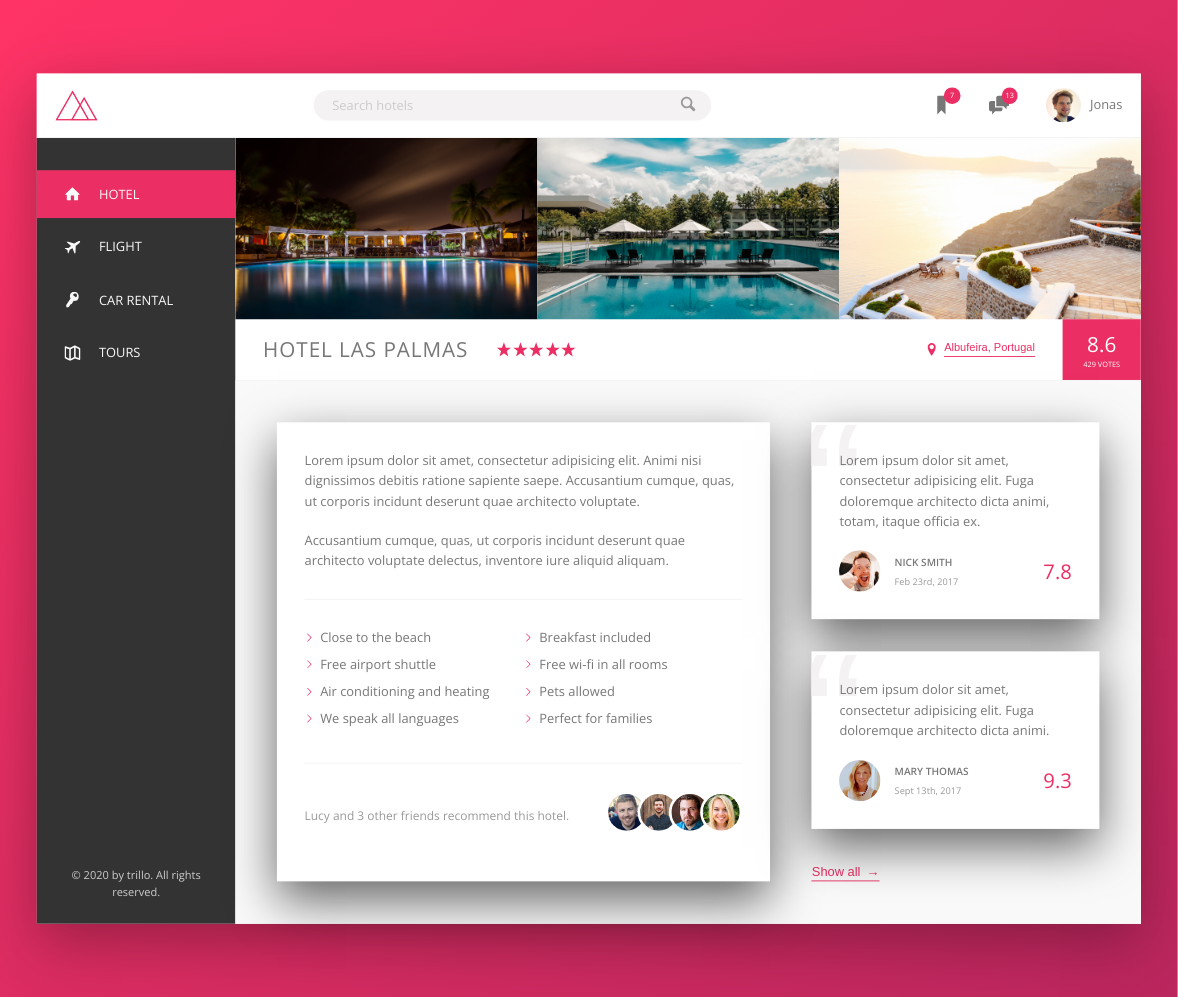
Repository: Lithium87/Trillo
Page: index.html
The author's editor kept a copy of each file at every save. The page is drawn from the files as they stood at one save, then again after the next save.
The browser window is 1280 px wide. The pictures show the whole page, at 92% of full size.
The style sheet was rebuilt from its Sass, Less or Tailwind sources for each picture, by a compiler version that may differ from the author's.

Above is the page before, as saved 2020-05-17 02:09:15.

### index.html
<!DOCTYPE html>
<html lang="en">

<head>
    <meta charset="UTF-8">
    <meta name="viewport" content="width=device-width, initial-scale=1.0">

    <link href="https://fonts.googleapis.com/css?family=Open+Sans:300,400,600" rel="stylesheet">
    <link rel="stylesheet" href="css/style.css">
    <link rel="shortcut icon" type="image/png" href="img/favicon.png">

    <title>trillo &mdash; Your all-in-one booking app</title>
</head>

<body>
    <div class="container">
        <header class="header">
            <img src="img/logo.png" alt="Trillo logo" class="logo">
            <form action="#" class="search">
                <input type="text" class="search__input" placeholder="Search hotels">
                <button class="search__button">
                    <svg class="search__icon">
                        <use xlink:href="img/sprite.svg#icon-magnifying-glass"></use>
                    </svg>
                </button>
            </form>

            <nav class="user-nav">
                <div class="user-nav__icon-box">
                    <svg class="user-nav__icon">
                        <use xlink:href="img/sprite.svg#icon-bookmark"></use>
                    </svg>
                    <span class="user-nav__notification">7</span>
                </div>
                <div class="user-nav__icon-box">
                    <svg class="user-nav__icon">
                        <use xlink:href="img/sprite.svg#icon-chat"></use>
                    </svg>
                    <span class="user-nav__notification">13</span>
                </div>
                <div class="user-nav__user">
                    <img src="img/user.jpg" alt="User photo" class="user-nav__user-photo">
                    <span class="user-nav__user-name">Jonas</span>
                </div>
            </nav>
        </header>
        <div class="content">
            <nav class="sidebar">
                <ul class="side-nav">
                    <li class="side-nav__item side-nav__item--active">
                        <a href="#" class="side-nav__link">
                            <svg class="side-nav__icon">
                                <use xlink:href="img/stripe.svg#icon-home"></use>
                            </svg>
                            <span>Hotel</span>
                        </a>
                    </li>
                    <li class="side-nav__item">
                        <a href="#" class="side-nav__link">
                            <svg class="side-nav__icon">
                                <use xlink:href="img/stripe.svg#icon-aircraft"></use>
                            </svg>
                            <span>Flight</span>
                        </a>
                    </li>
                    <li class="side-nav__item">
                        <a href="#" class="side-nav__link">
                            <svg class="side-nav__icon">
                                <use xlink:href="img/stripe.svg#icon-key"></use>
                            </svg>
                            <span>Car rental</span>
                        </a>
                    </li>
                    <li class="side-nav__item">
                        <a href="#" class="side-nav__link">
                            <svg class="side-nav__icon">
                                <use xlink:href="img/stripe.svg#icon-map"></use>
                            </svg>
                            <span>Tours</span>
                        </a>
                    </li>
                </ul>
                <div class="legal">
                    &copy; 2020 by trillo. All rights reserved.
                </div>
            </nav>
            <main class="hotel-view">
                <div class="gallery">
                    <figure class="gallery__item">
                        <img src="img/hotel-1.jpg" alt="Photo of hotel 1" class="gallery__photo">
                    </figure>
                    <figure class="gallery__item">
                        <img src="img/hotel-2.jpg" alt="Photo of hotel 2" class="gallery__photo">
                    </figure>
                    <figure class="gallery__item">
                        <img src="img/hotel-3.jpg" alt="Photo of hotel 3" class="gallery__photo">
                    </figure>
                </div>
                <div class="overview">
                    <h1 class="overview__heading">Hotel Las Palmas</h1>
                    <div class="overview__stars">
                        <svg class="overview__icon-star">
                            <use xlink:href="img/stripe.svg#icon-star"></use>
                        </svg>
                        <svg class="overview__icon-star">
                            <use xlink:href="img/stripe.svg#icon-star"></use>
                        </svg>
                        <svg class="overview__icon-star">
                            <use xlink:href="img/stripe.svg#icon-star"></use>
                        </svg>
                        <svg class="overview__icon-star">
                            <use xlink:href="img/stripe.svg#icon-star"></use>
                        </svg>
                        <svg class="overview__icon-star">
                            <use xlink:href="img/stripe.svg#icon-star"></use>
                        </svg>
                    </div>
                    <div class="overview__location">
                        <svg class="overview__icon-location">
                            <use xlink:href="img/stripe.svg#icon-location-pin"></use>
                        </svg>
                        <button class="btn-inline">Albufeira, Portugal</button>
                    </div>
                    <div class="overview__rating">
                        <div class="overview__rating-average">8.6</div>
                        <div class="overview__rating-count">429 votes</div>
                    </div>
                </div>
                <div class="detail">
                    <div class="description">
                        <p class="paragraph">
                            Lorem ipsum dolor sit amet, consectetur adipisicing elit. Animi nisi dignissimos debitis ratione sapiente saepe. Accusantium cumque, quas, ut corporis incidunt deserunt quae architecto voluptate.
                        </p>
                        <p class="paragraph">
                            Accusantium cumque, quas, ut corporis incidunt deserunt quae architecto voluptate delectus, inventore iure aliquid aliquam.
                        </p>
                        <ul class="list">
                            <li class="list__item">Close to the beach</li>
                            <li class="list__item">Breakfast included</li>
                            <li class="list__item">Free airport shuttle</li>
                            <li class="list__item">Free wi-fi in all rooms</li>
                            <li class="list__item">Air conditioning and heating</li>
                            <li class="list__item">Pets allowed</li>
                            <li class="list__item">We speak all languages</li>
                            <li class="list__item">Perfect for families</li>
                        </ul>
                        <div class="recommend">
                            <p class="recommend__count">
                                Lucy and 3 other friends recommend this hotel.
                            </p>
                            <div class="recommend__friends">
                                <img src="img/user-3.jpg" alt="Friend 1" class="recommend__photo">
                                <img src="img/user-4.jpg" alt="Friend 2" class="recommend__photo">
                                <img src="img/user-5.jpg" alt="Friend 3" class="recommend__photo">
                                <img src="img/user-6.jpg" alt="Friend 4" class="recommend__photo">
                            </div>
                        </div>
                    </div>
                    <div class="user-reviews">
                        <figure class="review">
                            <blockquote class="review__text">
                                Lorem ipsum dolor sit amet, consectetur adipisicing elit. Fuga doloremque architecto dicta animi, totam, itaque officia ex.
                            </blockquote>
                            <figcaption class="review__user">
                                <img src="img/user-1.jpg" alt="User 1" class="review__photo">
                                <div class="review__user-box">
                                    <p class="review__user-name">Nick Smith</p>
                                    <p class="review__user-date">Feb 23rd, 2017</p>
                                </div>
                                <div class="review__rating">7.8</div>
                            </figcaption>
                        </figure>
                        <figure class="review">
                            <blockquote class="review__text">
                                Lorem ipsum dolor sit amet, consectetur adipisicing elit. Fuga doloremque architecto dicta animi.
                            </blockquote>
                            <figcaption class="review__user">
                                <img src="img/user-2.jpg" alt="User 2" class="review__photo">
                                <div class="review__user-box">
                                    <p class="review__user-name">Mary Thomas</p>
                                    <p class="review__user-date">Sept 13th, 2017</p>
                                </div>
                                <div class="review__rating">9.3</div>
                            </figcaption>
                        </figure>
                        <button class="btn-inline">Show all <span>&rarr;</span></button>
                    </div>
                </div>
            </main>
        </div>
    </div>
</body>

</html>

### sass/_base.scss
:root {
    --color-primary: #eb2f64;
    --color-primary-light: #FF3366;
    --color-primary-dark: #BA265D;
    --color-grey-light-1: #faf9f9;
    --color-grey-light-2: #f4f2f2;
    --color-grey-light-3: #f0eeee;
    --color-grey-light-4: #ccc;
    --color-grey-dark-1: #333;
    --color-grey-dark-2: #777;
    --color-grey-dark-3: #999;
    --shadow-dark: 0 2rem 6rem rgba(0, 0, 0, .3);
    --shadow-light: 0 2rem 5rem rgba(0, 0, 0, .6);
    --line: 1px solid var(--color-grey-light-2);
}

* {
    margin: 0;
    padding: 0;
}

*,
*::before,
*::after {
    box-sizing: inherit;
}

html {
    box-sizing: border-box;
    font-size: 62.5%; // 1rem = 10px
}

body {
    font-family: 'Open Sans', sans-serif;
    font-weight: 400;
    line-height: 1.6;
    color: var(--color-grey-dark-2);
    background-image: linear-gradient(to right bottom, var(--color-primary-light), var(--color-primary-dark));
    background-size: cover;
    background-repeat: no-repeat;
    min-height: 100vh;
}

### sass/_layout.scss
.container {
    max-width: 120rem;
    margin: 8rem auto;
    background-color: var(--color-grey-light-1);
    box-shadow: var(--shadow-dark);
    min-height: 50rem;
}

.header {
    font-size: 1.4rem;
    height: 7rem;
    background-color: #fff;
    border-bottom: var(--line);
    display: flex;
    justify-content: space-between;
    align-items: center;
}

.content {
    display: flex;
}

.sidebar {
    background-color: var(--color-grey-dark-1);
    flex: 0 0 18%;
    display: flex;
    flex-direction: column;
    justify-content: space-between;
}

.hotel-view {
    background-color: #fff;
    flex: 1;
}

.detail {
    font-size: 1.4rem;
    display: flex;
    padding: 4.5rem;
    background-color: var(--color-grey-light-1);
    border-bottom: var(--line);
}

.description {
    background-color: #fff;
    box-shadow: var(--shadow-light);
    padding: 3rem;
    flex: 0 0 60%;
    margin-right: 4.5rem;
}

.user-reviews {
    flex: 1;
}

### sass/_components.scss
///////////////////////
//LOGO
.logo {
    height: 3.25rem;
    margin-left: 2rem;
}

///////////////////////
//SEARCH BOX
.search {
    flex: 0 0 40%;
    display: flex;
    align-items: center;
    justify-content: center;
    &__input {
        font-family: inherit;
        font-size: inherit;
        color: inherit;
        background-color: var(--color-grey-light-2);
        border: none;
        padding: .7rem 2rem;
        border-radius: 100px;
        width: 90%;
        transition: all .2s;
        margin-right: -3.5rem;
        &:focus {
            outline: none;
            width: 100%;
            background-color: var(--color-grey-light-3);
        }
        &::-webkit-input-placeholder {
            font-weight: 100;
            color: var(--color-grey-light-4);
        }
    }
    &__input:focus+&__button {
        background-color: var(--color-grey-light-3);
    }
    &__button {
        border: none;
        background-color: var(--color-grey-light-2);
        &:focus {
            outline: none;
        }
        &:active {
            transform: translateY(2px);
        }
    }
    &__icon {
        height: 2rem;
        width: 2rem;
        fill: var(--color-grey-dark-3);
    }
}

///////////////////////
//USER NAVIGATION
.user-nav {
    align-self: stretch;
    display: flex;
    align-items: center;
    &>* {
        padding: 0 2rem;
        cursor: pointer;
        height: 100%;
        display: flex;
        align-items: center;
    }
    &>*:hover {
        background-color: var(--color-grey-light-2);
    }
    &__icon-box {
        position: relative;
    }
    &__icon {
        height: 2.25rem;
        width: 2.25rem;
        fill: var(--color-grey-dark-2);
    }
    &__notification {
        font-size: .8rem;
        height: 1.75rem;
        width: 1.75rem;
        border-radius: 50%;
        background-color: var(--color-primary);
        color: #fff;
        position: absolute;
        top: 1.5rem;
        right: 1.1rem;
        display: flex;
        justify-content: center;
        align-items: center;
    }
    &__user-photo {
        height: 3.75rem;
        border-radius: 50%;
        margin-right: 1rem;
    }
}

///////////////////////
//SIDE NAVIGATION
.side-nav {
    font-size: 1.4rem;
    list-style: none;
    margin-top: 3.5rem;
    &__item {
        position: relative;
        &:not(:last-child) {
            margin-bottom: .5rem;
        }
    }
    &__item::before {
        content: "";
        position: absolute;
        top: 0;
        left: 0;
        height: 100%;
        width: 3px;
        background-color: var(--color-primary);
        transform: scaleY(0);
        transition: transform .2s, width .4s cubic-bezier(1, 0, 0, 1) .2s, background-color .1s;
    }
    &__item:hover::before,
    &__item--active::before {
        transform: scaleY(1);
        width: 100%;
    }
    &__item:active::before {
        background-color: var(--color-primary-light);
    }
    &__link:link,
    &__link:visited {
        color: var(--color-grey-light-1);
        text-decoration: none;
        text-transform: uppercase;
        display: block;
        padding: 1.5rem 3rem;
        position: relative;
        z-index: 10;
        display: flex;
        align-items: center;
    }
    &__icon {
        width: 1.75rem;
        height: 1.75rem;
        margin-right: 2rem;
        fill: currentColor;
    }
}

///////////////////////
//LEGAL TEXT
.legal {
    font-size: 1.2rem;
    color: var(--color-grey-light-4);
    text-align: center;
    padding: 2.5rem;
}

///////////////////////
//GALLERY
.gallery {
    display: flex;
    &__photo {
        width: 100%;
        display: block;
    }
}

///////////////////////
//HOTEL OVERVIEW
.overview {
    display: flex;
    align-items: center;
    border-bottom: var(--line);
    &__heading {
        font-size: 2.25rem;
        font-weight: 300;
        text-transform: uppercase;
        letter-spacing: 1px;
        padding: 1.5rem 3rem;
    }
    &__stars {
        margin-right: auto;
        display: flex;
    }
    &__icon-star,
    &__icon-location {
        width: 1.75rem;
        height: 1.75rem;
        fill: var(--color-primary);
    }
    &__location {
        font-size: 1.2rem;
        display: flex;
        align-items: center;
    }
    &__icon-location {
        margin-right: .5rem;
    }
    &__rating {
        background-color: var(--color-primary);
        color: #fff;
        margin-left: 3rem;
        padding: 0 2.25rem;
        align-self: stretch;
        display: flex;
        flex-direction: column;
        align-items: center;
        justify-content: center;
    }
    &__rating-average {
        font-size: 2.25rem;
        font-weight: 300;
        margin-bottom: -3px;
    }
    &__rating-count {
        font-size: .8rem;
        text-transform: uppercase;
    }
}

///////////////////////
//BUTTON INLINE
.btn-inline {
    border: none;
    color: var(--color-primary);
    font-size: inherit;
    border-bottom: 1px solid currentColor;
    padding-bottom: 2px;
    display: inline-block;
    background-color: transparent;
    cursor: pointer;
    transition: all .2s;
    span {
        margin-left: 3px;
        transition: margin-left .2s;
    }
    &:hover {
        color: var(--color-grey-dark-1);
        span {
            margin-left: 8px;
        }
    }
    &:focus {
        outline: none;
        animation: pulsate 1s infinite;
    }
}

@keyframes pulsate {
    0% {
        transform: scale(1);
        box-shadow: none;
    }
    50% {
        transform: scale(1.05);
        box-shadow: 0 1rem 4rem rgba(0, 0, 0, .25);
    }
    100% {
        transform: scale(1);
        box-shadow: none;
    }
}

///////////////////////
//PARAGRAPH
.paragraph:not(:last-of-type) {
    margin-bottom: 2rem;
}

///////////////////////
//LIST
.list {
    list-style: none;
    margin: 3rem 0;
    padding: 3rem 0;
    border-top: var(--line);
    border-bottom: var(--line);
    display: flex;
    flex-wrap: wrap;
    &__item {
        flex: 0 0 50%;
        margin-bottom: .7rem;
    }
    &__item::before {
        content: "";
        display: inline-block;
        height: 1rem;
        width: 1rem;
        margin-right: .7rem;
        //Older browsers
        //background-image: url(../img/chevron-thin-right.svg);
        //background-size: cover;
        //Newer browsers - masks
        background-color: var(--color-primary);
        -webkit-mask-image: url(../img/chevron-thin-right.svg);
        -webkit-mask-size: cover;
        mask-image: url(../img/chevron-thin-right.svg);
        mask-size: cover;
    }
}

///////////////////////
//RECOMMEND
.recommend {
    font-size: 1.3rem;
    color: var(--color-grey-dark-3);
    display: flex;
    align-items: center;
    &__count {
        margin-right: auto;
    }
    &__photo {
        box-sizing: content-box;
        height: 4rem;
        width: 4rem;
        border-radius: 50%;
        border: 3px solid #fff;
        &:not(:last-child) {
            margin-right: -1.5rem;
        }
    }
}

///////////////////////
//REVIEWS
.review {
    background-color: #fff;
    box-shadow: var(--shadow-light);
    padding: 3rem;
    margin-bottom: 3.5rem;
    position: relative;
    overflow: hidden;
    &__text {
        margin-bottom: 2rem;
        z-index: 10;
        position: relative;
    }
    &__user {
        display: flex;
        align-items: center;
    }
    &__photo {
        height: 4.5rem;
        width: 4.5rem;
        border-radius: 50%;
        margin-right: 1.5rem;
    }
    &__user-box {
        margin-right: auto;
    }
    &__user-name {
        font-size: 1.1rem;
        font-weight: 600;
        text-transform: uppercase;
        margin-bottom: .4rem;
    }
    &__user-date {
        font-size: 1rem;
        color: var(--color-grey-dark-3);
    }
    &__rating {
        color: var(--color-primary);
        font-size: 2.2rem;
        font-weight: 300;
    }
    &::before {
        content: "\201C";
        position: absolute;
        top: -2.75rem;
        left: -1rem;
        line-height: 1;
        font-size: 20rem;
        color: var(--color-grey-light-2);
        font-family: sans-serif;
        z-index: 1;
    }
}

Loaded but not shown: sass/main.scss (common file)

After the next save:
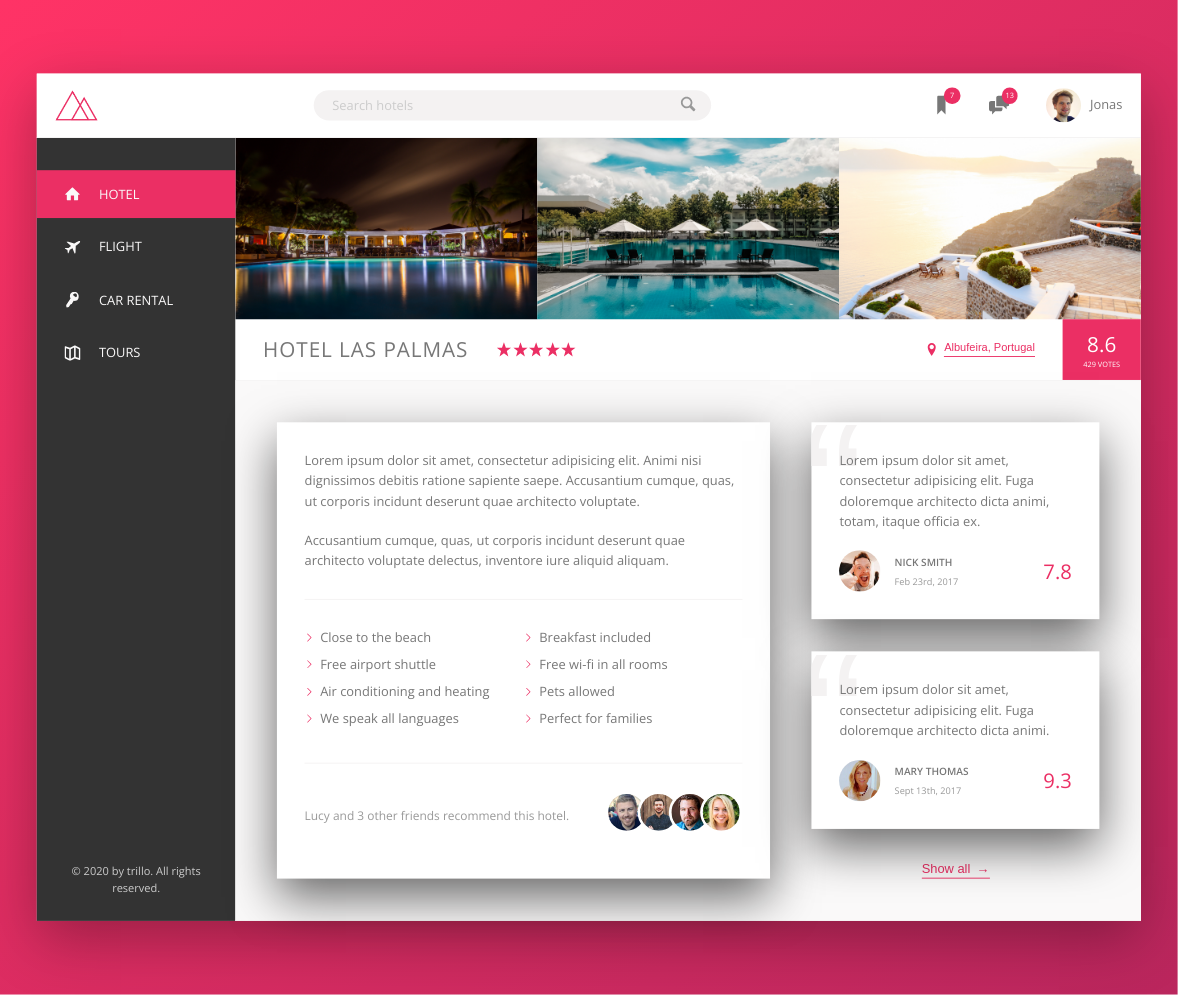
Saved 4 min 27 s later.
--- a/sass/_layout.scss
+++ b/sass/_layout.scss
@@ -51,4 +51,7 @@
 
 .user-reviews {
     flex: 1;
+    display: flex;
+    flex-direction: column;
+    align-items: center;
 }
